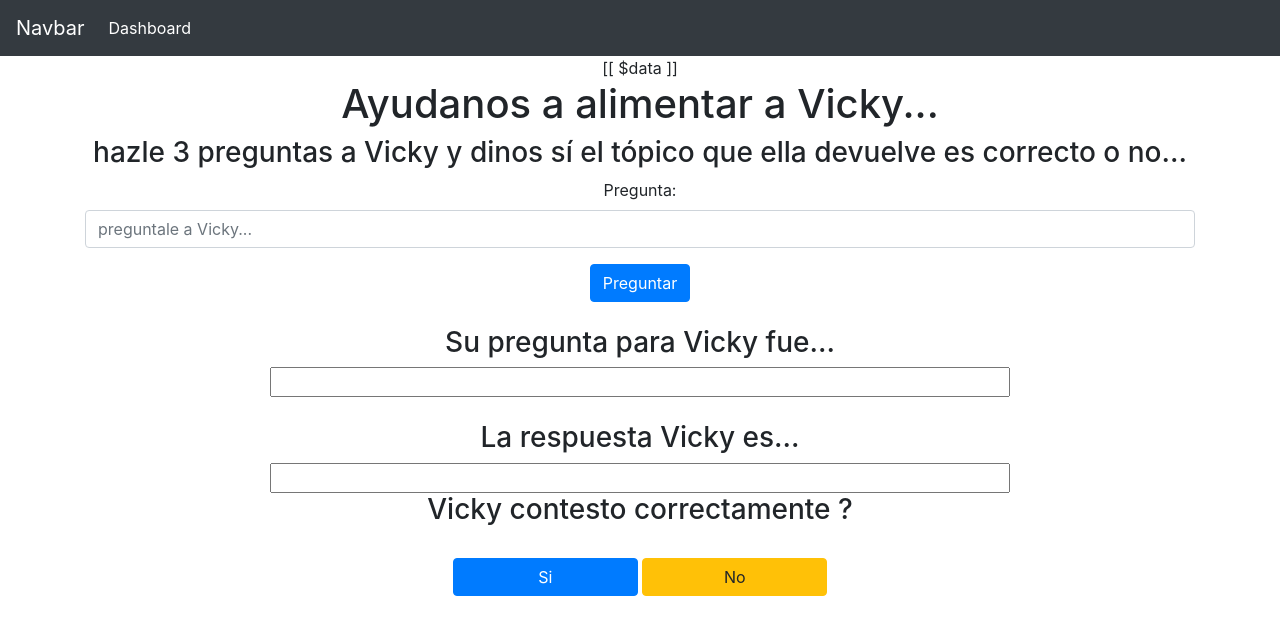
Repository: Crixtiancub/feedback_Vicky
Page: http://localhost/
An editor plug-in stored every save of this project. The page is shown before and after the next save, followed by the edit.
The browser window is 1280 px wide. The pictures show the whole page.
The page is served by the project's application, run on Django 3.2 (manage.py). Other server files are loaded and not shown.

Above is the page before, as saved 2021-05-11 10:28:16.

### vicky/templates/dashboard.html
{% extends 'main.html' %}

{% block content %}

<div id="form_Vicky" class="container text-center">

    [[ $data ]]

    <h1>Ayudanos a alimentar a Vicky...</h1>

    <h3>hazle {{ num_visits }} {%if num_visits == 1%} pregunta{% else %}
        preguntas{% endif %}  a Vicky y dinos sí el tópico que ella
        devuelve es correcto o no...</h3>

    <form id="preguntar_Vicky" action="{% url 'home' %}" method="POST">
        {% csrf_token%}

        <div class="form-group">
            <label for="txt_pregunta_Vicky">Pregunta:</label><br>

            <input type="text" id="txt_pregunta_Vicky"
            name="pregunta_Vicky" v-model="pregunta" class="col-sm form-control"
            placeholder="preguntale a Vicky..." required>
        </div>

        <input type="submit" id="preguntar" class="btn btn-primary" value="Preguntar" v-model="vue.view">
    </form>

    <br>

    <div id="target" v-if="vue.view == 'Preguntar'">
        <form method="POST">
            {% csrf_token%}

            <h3>Su pregunta para Vicky fue...</h3>
            <input type="text" aling="center" class="col-sm-8" readonly name="retorno_Pregunta" value="{{ pregunta }}" >
            <br>
            <br>

            <h3>La respuesta Vicky es...</h3>
            <input type="text" aling="center" class="col-sm-8" readonly name="retorno_Respuesta" value="{{ respuesta }}">
            <br>

            <h3>Vicky contesto correctamente ?</h3>
            <br>

            <input type="submit" class="col-sm-2 btn btn-primary" v-model="vue.view"
             id="responder_Si" value="Si" name="Si">
            <input type="submit" class="col-sm-2 btn btn-warning" v-model="vue.view"
             id="responder_No" value="No" name="No">
        </form>
    </div>

</div>

<script>

    // window.onbeforeunload = function(event) {
    //     event.preventDefault();
    //     return false;
    // }

    const app = new Vue({
        delimiters: ['[[', ']]'],
        el: '#form_vicky',
        data: {
            vue :{
                pregunta: null,
                view: null
            }
        },
        methods:{
            checkForm: function (e) {

                if (this.pregunta) {
                    return true;
                }

                if (!this.pregunta) {
                    return false;
                }
            }
        }
    })

</script>

{% endblock %}

### vicky/templates/main.html
<!DOCTYPE html>
 <!-- Latest compiled and minified CSS -->
 <link rel="stylesheet" href="https://maxcdn.bootstrapcdn.com/bootstrap/4.5.2/css/bootstrap.min.css">

 <!-- jQuery library -->
 <script src="https://ajax.googleapis.com/ajax/libs/jquery/3.5.1/jquery.min.js"></script>

 <!-- Popper JS -->
 <script src="https://cdnjs.cloudflare.com/ajax/libs/popper.js/1.16.0/umd/popper.min.js"></script>

 <!-- Latest compiled JavaScript -->
 <script src="https://maxcdn.bootstrapcdn.com/bootstrap/4.5.2/js/bootstrap.min.js"></script>

<!-- versión de desarrollo, incluye advertencias de ayuda en la consola -->
<script src="https://unpkg.com/vue"></script>

<html>
    <head>
        <title>
            Prueba1
        </title>
    </head>
    <body>
        {% include 'navbar.html' %}

        {% block content %}

        {% endblock %}
    </body>
</html>

### vicky/templates/navbar.html
 <nav class="navbar navbar-expand-lg navbar-dark bg-dark">
    <a class="navbar-brand" href="#">Navbar</a>
    <button class="navbar-toggler" type="button" data-toggle="collapse" data-target="#navbarSupportedContent" aria-controls="navbarSupportedContent" aria-expanded="false" aria-label="Toggle navigation">
      <span class="navbar-toggler-icon"></span>
    </button>

    <div class="collapse navbar-collapse" id="navbarSupportedContent">
      <ul class="navbar-nav mr-auto">
        <li class="nav-item active">
          <a class="nav-link" href="{% url 'home' %}" disabled="true">Dashboard</a>
        </li>
        <!-- <li class="nav-item dropdown">
          <a class="nav-link dropdown-toggle" href="#" id="navbarDropdown" role="button" data-toggle="dropdown" aria-haspopup="true" aria-expanded="false">
            Dropdown
          </a>
          <div class="dropdown-menu" aria-labelledby="navbarDropdown">
            <a class="dropdown-item" href="#">Action</a>
            <a class="dropdown-item" href="#">Another action</a>
            <div class="dropdown-divider"></div>
            <a class="dropdown-item" href="#">Something else here</a>
          </div>
        </li>
        <li class="nav-item">
          <a class="nav-link disabled" href="#">Disabled</a>
        </li>
      </ul>
      <form class="form-inline my-2 my-lg-0">
        <input class="form-control mr-sm-2" type="search" placeholder="Search" aria-label="Search">
        <button class="btn btn-outline-success my-2 my-sm-0" type="submit">Search</button>
      </form> -->
    </div>
  </nav>

### vicky/views.py
from django.shortcuts import render, redirect
import os
from modelo_IA.archivos_Python.pipeline import Pipeline
from vicky import templates
from .models import *
from django.template.response import TemplateResponse

model = Pipeline()

# Create your views here.

def home(request):

    num_visits = request.session.get('num_visits', 3)

    if num_visits == 0:
        request.session['num_visits'] = 3

        # pregunta = str(request.POST.get('retorno_Pregunta'))
        # respuesta = str(request.POST.get('retorno_Respuesta'))

        pregunta = str(request.POST.get('pregunta_Vicky'))
        respuesta = model.run_model(pregunta)

        # if 'Si' in request.POST:
        #     acierto = str(request.POST.get('Si'))
        # else:
        #     acierto = str(request.POST.get('No'))

        # envio_Pregunta = preguntas_Vicky(
        #     pregunta=pregunta,
        #     respuesta=respuesta,
        #     acierto= acierto
        #     )

        # envio_Pregunta.save()

        # return redirect(noVisitas)

        context = {
            "pregunta":pregunta,
            "respuesta":respuesta,
            'num_visits': num_visits,
        }

        return TemplateResponse(request, 'dashboard.html' , context)


    if request.POST:
        request.session['num_visits'] -= 1

        # pregunta = str(request.POST.get('retorno_Pregunta'))
        # respuesta = str(request.POST.get('retorno_Respuesta'))

        pregunta = str(request.POST.get('pregunta_Vicky'))
        respuesta = model.run_model(pregunta)

        # if 'Si' in request.POST:
        #     acierto = str(request.POST.get('Si'))
        # else:
        #     acierto = str(request.POST.get('No'))

        # envio_Pregunta = preguntas_Vicky(
        #     pregunta=pregunta,
        #     respuesta=respuesta,
        #     acierto= acierto
        #     )
        # envio_Pregunta.save()

        context = {
            "pregunta":pregunta,
            "respuesta":respuesta,
            'num_visits': num_visits,
        }

        return TemplateResponse(request, 'dashboard.html' , context)
    else:
        contexto = {
            'num_visits': num_visits,
        }

        return render(request, 'dashboard.html', contexto)


def noVisitas(request):
    return render(request, 'noVisitas.html')

def respuesta_Vicky(request):
    pregunta = str(request.POST['pregunta_Vicky'])
    respuesta = model.run_model(pregunta)
    context = {
        "pregunta":pregunta,
        "respuesta":respuesta
    }
    return render(request, 'respuesta_Vicky.html', context)

### prueba_Vicky/urls.py
"""prueba_Vicky URL Configuration

The `urlpatterns` list routes URLs to views. For more information please see:
    https://docs.djangoproject.com/en/3.2/topics/http/urls/
Examples:
Function views
    1. Add an import:  from my_app import views
    2. Add a URL to urlpatterns:  path('', views.home, name='home')
Class-based views
    1. Add an import:  from other_app.views import Home
    2. Add a URL to urlpatterns:  path('', Home.as_view(), name='home')
Including another URLconf
    1. Import the include() function: from django.urls import include, path
    2. Add a URL to urlpatterns:  path('blog/', include('blog.urls'))
"""
from django.contrib import admin
from django.urls import path, include

urlpatterns = [
    path('admin/', admin.site.urls),
    path('', include('vicky.urls'))
]

### vicky/urls.py
from django.urls import path
from . import views


# Direccionamiento de las paginas
urlpatterns = [
    path(r'', views.home, name='home'),
    path(r'noVisitas/', views.noVisitas, name="noVisitas"),
    path(r'respuesta_Vicky/', views.respuesta_Vicky, name='respuesta_Vicky')
]

After the next save:
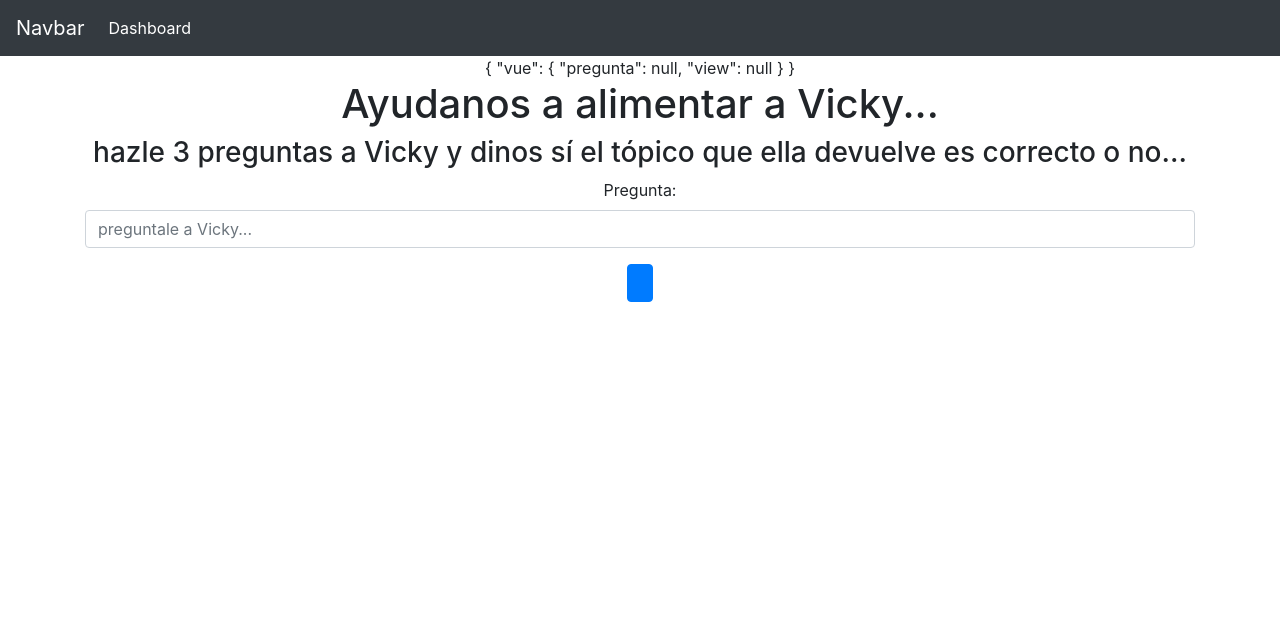
Saved 16 s later.
--- a/vicky/templates/dashboard.html
+++ b/vicky/templates/dashboard.html
@@ -2,7 +2,7 @@
 
 {% block content %}
 
-<div id="form_Vicky" class="container text-center">
+<div id="form_vicky" class="container text-center">
 
     [[ $data ]]
 
